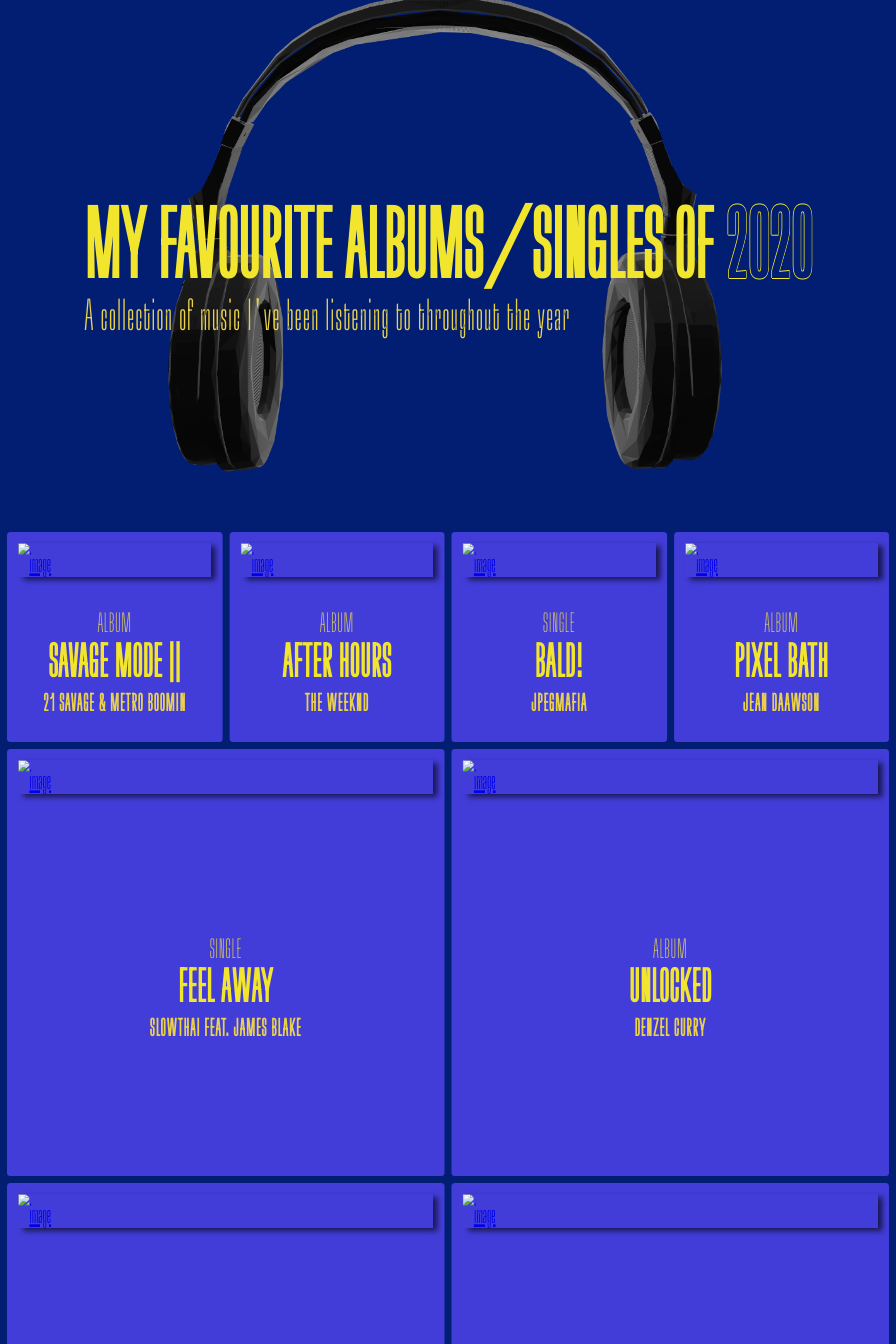
Repository: Spreceriany/musicly2020
Page: /
These files come from the project's save history. The page is drawn as it stood at one moment and after the next save; the edit follows.
The browser window is 1280 px wide. The pictures show the part of the page from y = 0 to 1920 px (the page is 6055 px tall before and 6056 px after), at 70% of full size.
Backgrounds fixed to the window are drawn as part of the page. Some web libraries are served in a nearby version. The project was rebuilt for these pictures with package versions that can differ from the ones it lists, and the page was loaded fresh each time.

Above is the page before, as saved 2021-01-18 15:40:33.
Console error: ReferenceError: Blazy is not defined

### index.html
<!doctype html>
<html class="no-js" lang="">

<head>
  <meta charset="utf-8">
  <title></title>
  <meta name="description" content="">
  <meta name="viewport" content="width=device-width, initial-scale=1">

  <meta property="og:title" content="">
  <meta property="og:type" content="">
  <meta property="og:url" content="">
  <meta property="og:image" content="">

  <link rel="manifest" href="site.webmanifest">
  <link rel="apple-touch-icon" href="icon.png">
  <!-- Place favicon.ico in the root directory -->

  <link rel="stylesheet" href="css/main.css">

  <meta name="theme-color" content="#fafafa">
</head>

<body>

  <div class="intro-wrapper">
    <div class="intro-bg" id="intro-bg">

    </div>
    <h3 id="title">
      My favourite albums/singles of <span class="year">2020</span>
    </h3>
    <p id="title-desc">
      A collection of music I've been listening to throughout the year
    </p>
  </div>

  <div class="grid-layout">
    <div class="grid-item grid-item-1">
      <div class="image-container  data-tilt data-tilt-glare data-tilt-max-glare="0.8"">

        <a href="https://open.spotify.com/album/6wTyGUWGCilBFZ837k5aRi">
          <img data-src="img/21savage.jpg" class="b-lazy" alt="image">
        </a>
      </div>
      <div class="album-disc">
        <a href="https://open.spotify.com/album/6wTyGUWGCilBFZ837k5aRi">
          <p>Album</p>
          <h2>Savage Mode ||</h2>
          <h3>21 Savage & Metro Boomin</h3>
        </a>
      </div>
    </div>
    <div class="grid-item grid-item-2 ">
      <div class="image-container data-tilt-glare ">
        <a href="https://open.spotify.com/album/4yP0hdKOZPNshxUOjY0cZj">
        <img data-src="img/Weekend-After-Hours-p.jpg" alt="image" class="b-lazy">
      </a>
      </div>
      <div class="album-disc">
        <a href="https://open.spotify.com/album/4yP0hdKOZPNshxUOjY0cZj">
        <p>Album</p>
        <h2>After Hours</h2>
        <h3>The Weeknd</h3>
      </a>
      </div>
    </div>

    <div class="grid-item grid-item-4">
      <div class="image-container">
        <a href="https://open.spotify.com/album/7h4cJfXQZMUCzHdqh25ye6?highlight=spotify:track:5QAUGlyYPPnis3e8ln0qiz">
        <img data-src="img/jpegmafia.jpg" class="b-lazy"  alt="image" >
      </a>
      </div>
      <div class="album-disc">
        <a href="https://open.spotify.com/album/7h4cJfXQZMUCzHdqh25ye6?highlight=spotify:track:5QAUGlyYPPnis3e8ln0qiz">
        <p>Single</p>
        <h2>BALD!</h2>
        <h3>JPEGMAFIA</h3>
        </a>
      </div>
    </div>
    <div class="grid-item span-2 grid-item-5">
      <div class="image-container">
        <a href="https://open.spotify.com/album/3dkB97Zw0sisRWTn0Wokjg?highlight=spotify:track:20wMPnqHdNdBWaKRaMM7fD">
        <img data-src="img/slowthai-feel-away.jpg" class="b-lazy" alt="image" >
      </a>
      </div>
      <div class="album-disc">
        <a href="https://open.spotify.com/album/3dkB97Zw0sisRWTn0Wokjg?highlight=spotify:track:20wMPnqHdNdBWaKRaMM7fD">
        <p>Single</p>
        <h2>Feel Away</h2>
        <h3>Slowthai feat. James Blake</h3>
      </a>
      </div>
    </div>
    <div class="grid-item grid-item-6">
      <div class="image-container">
        <a href="https://open.spotify.com/album/121Hqnfr9tMBdL0LJuIstL">
        <img data-src="img/dawson.jpg" class="b-lazy"  alt="image" >
      </a>
      </div>
      <div class="album-disc">
        <a href="https://open.spotify.com/album/121Hqnfr9tMBdL0LJuIstL">
        <p>Album</p>
        <h2>Pixel Bath</h2>
        <h3>Jean Daawson</h3>
      </a>
      </div>
    </div>
    <div class="grid-item span-2 grid-item-7">
      <div class="image-container">
        <a href="https://open.spotify.com/album/5LsyqeWryTmxsmda4xkm5a">
        <img data-src="img/denzel.jpg" class="b-lazy"  alt="image" >
      </a>
      </div>
      <div class="album-disc">
        <a href="https://open.spotify.com/album/5LsyqeWryTmxsmda4xkm5a">
        <p>Album</p>
        <h2>UNLOCKED</h2>
        <h3>Denzel Curry</h3>
      </a>
      </div>
    </div>
    <div class="grid-item span-2 grid-item-8">
      <div class="image-container">
        <a href="https://open.spotify.com/album/1YZ3k65Mqw3G8FzYlW1mmp">
        <img data-src="img/circles.jpeg" class="b-lazy" alt="image" >
      </a>
      </div>
      <div class="album-disc">
        <a href="https://open.spotify.com/album/1YZ3k65Mqw3G8FzYlW1mmp">
        <p>Album</p>
        <h2>Circles</h2>
        <h3>Mac Miller</h3>
      </a>
      </div>
    </div>
    <div class="grid-item span-2 grid-item-9">

      <div class="image-container">
        <a href="https://open.spotify.com/album/31qVWUdRrlb8thMvts0yYL">
        <img data-src="img/tame_impala.jpg" class="b-lazy" alt="image" >
      </a>
      </div>
      <div class="album-disc">
        <a href="https://open.spotify.com/album/31qVWUdRrlb8thMvts0yYL">
        <p>Album</p>
        <h2>Slow Rush</h2>
        <h3>Tame Impala</h3>
      </a>
      </div>
    </div>
    <div class="grid-item grid-item-10">

      <div class="image-container">
        <a href="https://open.spotify.com/album/3SucuvOplRzjCm602c5XuK">
         <img data-src="img/berwyn.jpg" class="b-lazy" alt="image" >
        </a>
      </div>
      <div class="album-disc">
        <a href="https://open.spotify.com/album/3SucuvOplRzjCm602c5XuK">
        <p>Album</p>
        <h2>Demotape/Vega</h2>
        <h3>Berwyn</h3>
      </a>
      </div>

    </div>
    <div class="grid-item grid-item-11 span-2">
      <div class="image-container">
        <a href="https://open.spotify.com/album/66eXLlqksAwNndmHaHWtCq">
        <img data-src="img/clams_casino.jpg" class="b-lazy" alt="image" >
      </a>
      </div>
      <div class="album-disc">
        <a href="https://open.spotify.com/album/66eXLlqksAwNndmHaHWtCq">
        <p>Album</p>
        <h2>Intrumental Relics</h2>
        <h3>Clams Casino</h3>
      </a>
      </div>
    </div>
    <div class="grid-item span-2 grid-item-12">
      <div class="image-container">
        <a href="https://open.spotify.com/album/5I9K0u8r52jp4Y2bF8mOaz">
        <img data-src="img/gorillaz.jpg" class="b-lazy" alt="image" >
      </a>
      </div>
      <div class="album-disc">
        <a href="https://open.spotify.com/album/5I9K0u8r52jp4Y2bF8mOaz">
        <p>Album</p>
        <h2>Song Machine, Season One: Strange Timez</h2>
        <h3>Gorillaz</h3>
      </a>
      </div>
    </div>
    <div class="grid-item  grid-item-13">
      <div class="image-container">
        <a href="https://open.spotify.com/album/4XPUXLAWXqM3uWMTucItjd?highlight=spotify:track:62ljuuXo0zrcrtJnnOhfxT">
        <img data-src="img/dearapril.jpg" class="b-lazy" alt="image" >
      </a>
      </div>
      <div class="album-disc">
        <a href="https://open.spotify.com/album/4XPUXLAWXqM3uWMTucItjd?highlight=spotify:track:62ljuuXo0zrcrtJnnOhfxT">
        <p>Single</p>
        <h2>Dear April</h2>
        <h3>Frank Ocean</h3>
      </a>
      </div>
    </div>
    <div class="grid-item grid-item-14">
      <div class="image-container">
        <a href="https://open.spotify.com/album/0FAWfXvd58Rm2VUSZMF8pr">
        <img data-src="img/frank_cayendo.jpg" class="b-lazy"  alt="image" >
      </a>
      </div>
      <div class="album-disc">
        <a href="https://open.spotify.com/album/0FAWfXvd58Rm2VUSZMF8pr">
        <p>Single</p>
        <h2>Cayendo</h2>
        <h3>Frank Ocean</h3>
      </a>
      </div>
    </div>
    <div class="grid-item grid-item-15">
      <div class="image-container">
        <a href="https://open.spotify.com/album/7ks5r98qyspJvfoJtXgdj4?highlight=spotify:track:2nSKol7UyxwffI6jLYTuUd">
        <img data-src="img/guapdad.png" class="b-lazy" alt="image" >
      </a>
      </div>
      <div class="album-disc">
        <a href="https://open.spotify.com/album/7ks5r98qyspJvfoJtXgdj4?highlight=spotify:track:2nSKol7UyxwffI6jLYTuUd">
        <p>Single</p>
        <h2>Lil Scammer That Could</h2>
        <h3>Guapdad 4000 feat. Denzel Curry</h3>
      </a>
      </div>
    </div>
    <div class="grid-item grid-item-16">
      <div class="image-container">
        <a href="https://open.spotify.com/album/5971dUyMLcsZa7IBioI7lP?highlight=spotify:track:1iUWofqtdh9FLzZooLBDw2">
        <img data-src="img/headie.jpg" class="b-lazy" alt="image" >
      </a>
      </div>
      <div class="album-disc">
        <a href="https://open.spotify.com/album/5971dUyMLcsZa7IBioI7lP?highlight=spotify:track:1iUWofqtdh9FLzZooLBDw2">
        <p>Album</p>
        <h2>GANG</h2>
        <h3>Headie One</h3>
      </a>
      </div>
    </div>
    <div class="grid-item span-3 grid-item-17">
      <div class="image-container">
        <a href="https://open.spotify.com/album/7saSlN9qdW5wKoN4M9nNRq">
        <img data-src="img/james-blake.jpg" class="b-lazy" alt="image" >
      </a>
      </div>
      <div class="album-disc">
        <a href="https://open.spotify.com/album/7saSlN9qdW5wKoN4M9nNRq">
        <p>Ep</p>
        <h2>Covers</h2>
        <h3>James Blake</h3>
      </a>
      </div>
    </div>
    <div class="grid-item grid-item-18">
      <div class="image-container">
        <a href="https://open.spotify.com/album/5o5xRlwkhpipPC0jGi2Sm2">
        <img data-src="img/jme.jpg" class="b-lazy" alt="image" >
      </a>
      </div>
      <div class="album-disc">
        <a href="https://open.spotify.com/album/5o5xRlwkhpipPC0jGi2Sm2">
        <p>Album</p>
        <h2>Grime MC</h2>
        <h3>JME</h3>
      </a>
      </div>
    </div>
    <div class="grid-item grid-item-19">
      <div class="image-container">
        <a href="">
        <img data-src="img/lute.jpg" class="b-lazy" alt="image" >
      </a>
      </div>
      <div class="album-disc">
        <a href="">
        <p>Single</p>
        <h2>Life</h2>
        <h3>Lute</h3>
      </a>
      </div>
    </div>

    <div class="grid-item  grid-item-21">
      <div class="image-container">
        <a href="https://open.spotify.com/album/4SnWrk06dIt4ynFRLpNX6e">
        <img data-src="img/mick.png" class="b-lazy" alt="image" >
      </a>
      </div>
      <div class="album-disc">
        <a href="https://open.spotify.com/album/4SnWrk06dIt4ynFRLpNX6e">
        <p>Album</p>
        <h2>The Circus</h2>
        <h3>Mick Jenkins</h3>
      </a>
      </div>

    </div>
    <div class="grid-item span-2 grid-item-20">
      <div class="image-container">
        <a href="https://open.spotify.com/album/6a8GwYiEMrXgMvZBvuBXrt">
        <img data-src="img/limbo_amine.jpg" class="b-lazy" alt="image" >
      </a>
      </div>
      <div class="album-disc">
        <a href="https://open.spotify.com/album/6a8GwYiEMrXgMvZBvuBXrt">
        <p>Album</p>
        <h2>Limbo</h2>
        <h3>Amine</h3>
      </a>
      </div>
    </div>
    <div class="grid-item span-2 grid-item-22">
      <div class="image-container">
        <a href="https://open.spotify.com/album/35CHoLB0GEwYlOomriifC6">
        <img data-src="img/moses.jpg" class="b-lazy" alt="image" >
      </a>
      </div>
      <div class="album-disc">
        <a href="https://open.spotify.com/album/35CHoLB0GEwYlOomriifC6">
        <p>Album</p>
        <h2>grae</h2>
        <h3>Moses Sumney</h3>
      </a>
      </div>
    </div>
    <div class="grid-item grid-item-23">
      <div class="image-container">
        <a href="">
        <img data-src="img/mustafa.png" class="b-lazy" alt="image" >
      </a>
      </div>
      <div class="album-disc">
        <a href="">
        <p>Single</p>
        <h2>Air Forces</h2>
        <h3>Mustafa</h3>
      </a>
      </div>
    </div>
    <div class="grid-item grid-item-24">
      <div class="image-container">
        <a href="">
        <img data-src="img/platinum falcon.jpg" class="b-lazy" alt="image" >
      </a>
      </div>
      <div class="album-disc">
        <a href="">
        <p>Album</p>
        <h2>Platinum Falcon</h2>
        <h3>Guapdad 4000</h3>
      </a>
      </div>
    </div>
    <div class="grid-item span-2 grid-item-25">
      <div class="image-container">
        <a href="">
        <img data-src="img/motm3.jpg" class="b-lazy" alt="image" >
      </a>
      </div>
      <div class="album-disc">
        <a href="">
        <p>Album</p>
        <h2>Man on the Moon 3</h2>
        <h3>Kid Cudi</h3>
      </a>
      </div>
    </div>
    <div class="grid-item  grid-item-26">
      <div class="image-container">
        <a href="">
        <img data-src="img/yung_lean.png" class="b-lazy"   alt="image" >
      </a>
      </div>
      <div class="album-disc">
        <a href="">
        <p>Album</p>
        <h2>Starz</h2>
        <h3>Yung Lean</h3>
      </a>
      </div>
    </div>
    <div class="grid-item  grid-item-26">
      <div class="image-container">
        <a href="">
        <img data-src="img/tobi.jpg" class="b-lazy"  alt="image" >
      </a>
      </div>
      <div class="album-disc">
        <a href="">
        <p>EP</p>
        <h2>LINGO STARR</h2>
        <h3>tobi lou</h3>
      </a>
      </div>
    </div>
    <div class="grid-item  grid-item-26">
      <div class="image-container">
        <a href="">
        <img data-src="img/whiterose.jpg" class="b-lazy"  alt="image" >
      </a>
      </div>
      <div class="album-disc">
        <a href="">
        <p>Album</p>
        <h2>white ceiling</h2>
        <h3>whiterosemoxie</h3>
      </a>
      </div>
    </div>
    <div class="grid-item span-2 grid-item-26">
      <div class="image-container">
        <a href="">
        <img data-src="img/spiligion.png" class="b-lazy" alt="image" >
      </a>
      </div>
      <div class="album-disc">
        <a href="">
        <p>Album</p>
        <h2>Spligion</h2>
        <h3>Spillage Village</h3>
      </a>
      </div>
    </div>
    <div class="grid-item  grid-item-26">
      <div class="image-container">
        <a href="">
        <img data-src="img/kota.jpg" class="b-lazy" alt="image" >
      </a>
      </div>
      <div class="album-disc">
        <a href="">
        <p>Album</p>
        <h2>EVERYTHING</h2>
        <h3>Kota the Friend</h3>
      </a>
      </div>
    </div>
    <div class="grid-item  grid-item-26">
      <div class="image-container">
        <a href="">
        <img data-src="img/rapper-weed.jpg" class="b-lazy" alt="image" >
      </a>
      </div>
      <div class="album-disc">
        <a href="">
        <p>Single</p>
        <h2>Rapper Weed</h2>
        <h3>SiR</h3>
      </a>
      </div>
    </div>
    <div class="grid-item span-2 grid-item-27">
      <div class="image-container">
        <a href="">
        <img data-src="img/strokes.jpg" class="b-lazy"  alt="image" >
      </a>
      </div>
      <div class="album-disc">
        <a href="">
        <p>Album</p>
        <h2>The New Abnormal</h2>
        <h3>The Strokes</h3>
      </a>
      </div>
    </div>



  </div>




  <script src="js/vendor/modernizr-3.11.2.min.js"></script>
  <script src="js/plugins.js"></script>
  <script async src="js/main.js"></script>
  <script src="js/blazy.js"></script>
  <script src="https://cdnjs.cloudflare.com/ajax/libs/gsap/3.6.0/gsap.min.js"></script>
  <script src="https://cdnjs.cloudflare.com/ajax/libs/gsap/3.6.0/ScrollTrigger.min.js"></script>
  <script src="js/vanilla-tilt.min.js"></script>
  <!-- Google Analytics: change UA-XXXXX-Y to be your site's ID. -->
  <script>
    var blazy = new Blazy({
      offset:100
    });
  </script>

  <script type="text/javascript">
    if (window.innerWidth > 996) {
      VanillaTilt.init(document.querySelectorAll(".image-container"), {
      max: 10,
      speed: 700,
      glare:true,
      gyroscope:false,


      "max-glare":.6,
    });

    //It also supports NodeList
    VanillaTilt.init(document.querySelectorAll(".image-container"));
      }

  </script>



  <script src="https://www.google-analytics.com/analytics.js" async></script>
</body>

</html>

### css/main.css
@font-face {
  font-family: "Gt Flexa";
  src: url("../css/GT Flexa Regular.ttf");
}

* {
  -webkit-box-sizing: border-box;
          box-sizing: border-box;
  padding: 0;
  margin: 0;
}

body {
  font-family: "GT Flexa", "Segoe UI", Tahoma, Geneva, Verdana, sans-serif;
  -webkit-font-smoothing: antialiased;
  -moz-osx-font-smoothing: grayscale;
  font-display: swap;
}

.grid-layout {
  display: -ms-grid;
  display: grid;
  -ms-grid-columns: (minmax(300px, 1fr))[auto-fill];
      grid-template-columns: repeat(auto-fill, minmax(300px, 1fr));
  grid-gap: 10px;
  grid-auto-rows: minmax(300px, auto);
  grid-auto-flow: dense;
  padding: 10px;
  background-color: #021e73;
}

.grid-item {
  display: -ms-grid;
  display: grid;
  padding: 1rem;
  opacity: 0;
  font-size: 40px;
  -webkit-box-align: stretch;
      -ms-flex-align: stretch;
          align-items: stretch;
  justify-items: center;
  background-color: #423dd9;
  height: 100%;
  -webkit-transform: translateY(30px);
          transform: translateY(30px);
  color: #929796;
  border-radius: 5px;
}

.grid-item h2 {
  color: #f2e52e;
  text-transform: uppercase;
  letter-spacing: 2px;
  margin-top: -12px;
  font-size: 4.2rem;
}

.grid-item h3 {
  color: #e9d249;
  text-transform: uppercase;
  letter-spacing: 2px;
  font-size: 2.2rem;
  font-weight: 700;
}

.grid-item p {
  text-transform: uppercase;
  letter-spacing: 1px;
  color: #cabc69;
}

.grid-item:hover .image-container img {
  -webkit-transform: scale(1.02);
          transform: scale(1.02);
  -webkit-box-shadow: 5px 3px 30px 9px #000000;
  box-shadow: 0px 14px 43px 6px #000000;
}

.grid-item:hover .album-disc {
  -webkit-transform: scale(0.9);
          transform: scale(0.9);
  opacity: 0.8;
}

.span-2 {
  -ms-grid-column-span: 2;
      grid-column-end: span 2;
  -ms-grid-row-span: 2;
      grid-row-end: span 2;
}

@media (max-width: 646px) {
  .grid-layout {
    -ms-grid-columns: 1fr;
        grid-template-columns: 1fr;
  }
  .span-2 {
    grid-column-end: auto;
    grid-row-end: auto;
  }
}

img {
  width: 100%;
  height: auto;
}

.image-container {
  width: 100%;
  display: table;
}

.image-container a {
  display: -webkit-box;
  display: -ms-flexbox;
  display: flex;
}

.image-container img {
  -o-object-fit: cover;
     object-fit: cover;
  -webkit-box-shadow: 7px 4px 8px 0px rgba(0, 0, 0, 0.63);
  box-shadow: 7px 4px 8px 0px rgba(0, 0, 0, 0.63);
  -webkit-transition: -webkit-transform 0.7s ease, -webkit-box-shadow 0.7s ease;
  transition: -webkit-transform 0.7s ease, -webkit-box-shadow 0.7s ease;
  transition: transform 0.7s ease, box-shadow 0.7s ease;
  transition: transform 0.7s ease, box-shadow 0.7s ease, -webkit-transform 0.7s ease, -webkit-box-shadow 0.7s ease;
}

.album-disc {
  width: 100%;
  position: relative;
  display: -webkit-box;
  display: -ms-flexbox;
  display: flex;
  -webkit-box-orient: vertical;
  -webkit-box-direction: normal;
      -ms-flex-direction: column;
          flex-direction: column;
  -webkit-box-align: center;
      -ms-flex-align: center;
          align-items: center;
  -webkit-transition: opacity 0.7s ease, -webkit-transform 0.7s ease;
  transition: opacity 0.7s ease, -webkit-transform 0.7s ease;
  transition: opacity 0.7s ease, transform 0.7s ease;
  transition: opacity 0.7s ease, transform 0.7s ease, -webkit-transform 0.7s ease;
  margin-top: 15px;
}

.album-disc a {
  -ms-flex-item-align: center;
      -ms-grid-row-align: center;
      align-self: center;
  text-decoration: none;
  text-align: center;
  position: relative;
}

.intro-wrapper {
  width: 100%;
  min-height: 100vh;
  background-color: #021e73;
  display: -ms-grid;
  display: grid;
  z-index: 10;
  padding: 40px;
  background-position: 60% center;
  place-content: center;
  position: relative;
}

@media only screen and (max-width: 996px) {
  .intro-wrapper .intro-wrapper {
    background-position: left;
  }
}

.intro-wrapper h3 {
  opacity: 0;
  font-weight: 700;
  text-transform: uppercase;
  color: #f2e52e;
  letter-spacing: 3px;
  font-size: max(11vw, 5rem);
}

@media (max-width: 556px) {
  .intro-wrapper h3,
  .intro-wrapper p {
    line-height: 94%;
  }
}

.intro-wrapper p {
  font-size: max(5vw, 3rem);
  color: #e9d249;
  letter-spacing: 2px;
  line-height: 45px;
  opacity: 0;
}

.intro-wrapper .intro-bg {
  position: absolute;
  width: 100%;
  height: 100%;
  background-image: url("../img/sluchatka5.png");
  background-size: cover;
  background-repeat: no-repeat;
  background-position: center;
  background-attachment: fixed;
  z-index: -1;
  opacity: 0;
}

@media only screen and (max-width: 996px) {
  .intro-wrapper .intro-bg {
    background-position: left;
  }
}

.year {
  color: #021e73;
  text-shadow: 1px 0 0 #f2e52e, 0 1px 0 #f2e52e, -1px 0 0 #f2e52e, 0 -1px 0 #f2e52e;
}
/*# sourceMappingURL=main.css.map */

### js/plugins.js
// Avoid `console` errors in browsers that lack a console.
(function() {
  var method;
  var noop = function () {};
  var methods = [
    'assert', 'clear', 'count', 'debug', 'dir', 'dirxml', 'error',
    'exception', 'group', 'groupCollapsed', 'groupEnd', 'info', 'log',
    'markTimeline', 'profile', 'profileEnd', 'table', 'time', 'timeEnd',
    'timeline', 'timelineEnd', 'timeStamp', 'trace', 'warn'
  ];
  var length = methods.length;
  var console = (window.console = window.console || {});

  while (length--) {
    method = methods[length];

    // Only stub undefined methods.
    if (!console[method]) {
      console[method] = noop;
    }
  }
}());

// Place any jQuery/helper plugins in here.

### js/main.js
const timeline = gsap.timeline({ defaults: { duration: 1 } });
gsap.registerPlugin(ScrollTrigger);

ScrollTrigger.batch(".grid-item", {
  start: "top 75%",
  end:"bottom 25%",
  onEnter: (batch) =>
    gsap.to(batch,
        { opacity: 1,
          stagger: 0.3,
        }),
  onLeaveBack: (batch) => gsap.to(batch, { opacity: 0, stagger: 0.3 }),
});

timeline
  .to("#intro-bg", { scale: 1, opacity: 1, duration: 1.5 })
  .to("#title", { opacity: 1 })
  .to("#title-desc", { opacity: 1 });

Loaded but not shown: js/vendor/modernizr-3.11.2.min.js (library); js/vanilla-tilt.min.js (library); js/blazy.js (370 lines, source omitted)

After the next save:
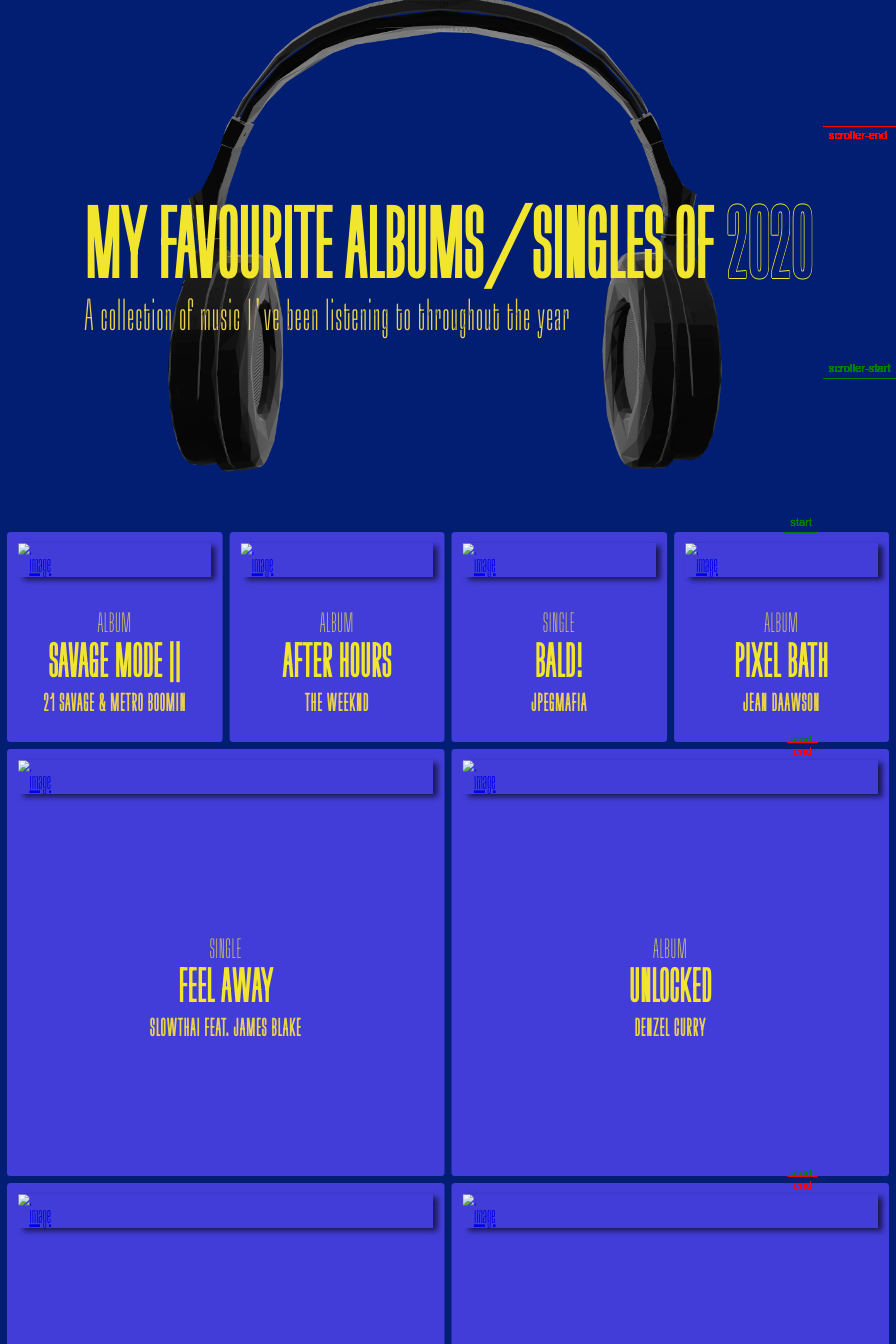
Saved 39 s later.
--- a/js/main.js
+++ b/js/main.js
@@ -4,6 +4,7 @@
 ScrollTrigger.batch(".grid-item", {
   start: "top 75%",
   end:"bottom 25%",
+  markers:true,
   onEnter: (batch) =>
     gsap.to(batch,
         { opacity: 1,
